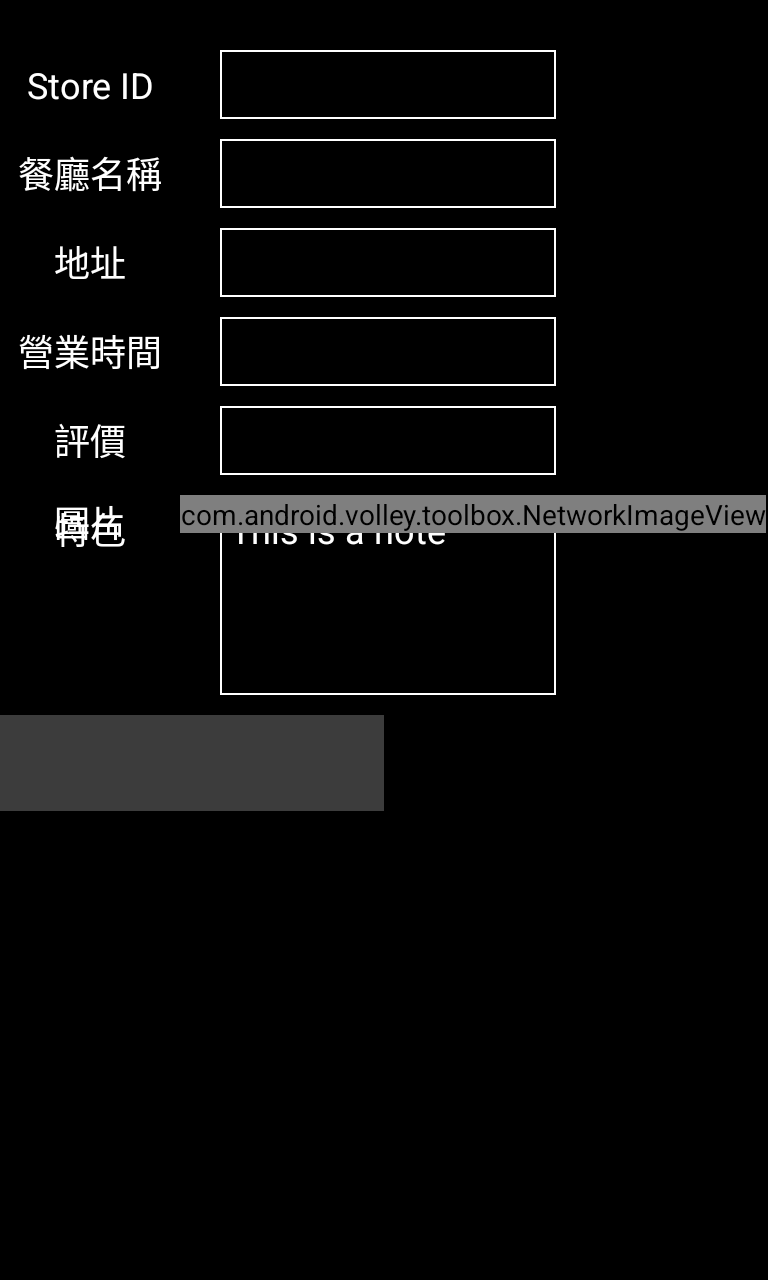
Repository: cnevinc/togather
Layout: GeorgeMe/res/layout/act_invatation.xml
The author's editor kept a copy of each file at every save. The layout is drawn from the files as they stood at one save, then again after the next save.
Pictures or frames that could not be fetched are drawn as grey boxes. It is drawn on a 768 x 1280 px phone screen (xhdpi) without system bars, with theme android:Theme.Holo; the app's code is not run.

Above is the layout before, as saved 2014-07-27 00:59:54.

After the next save:
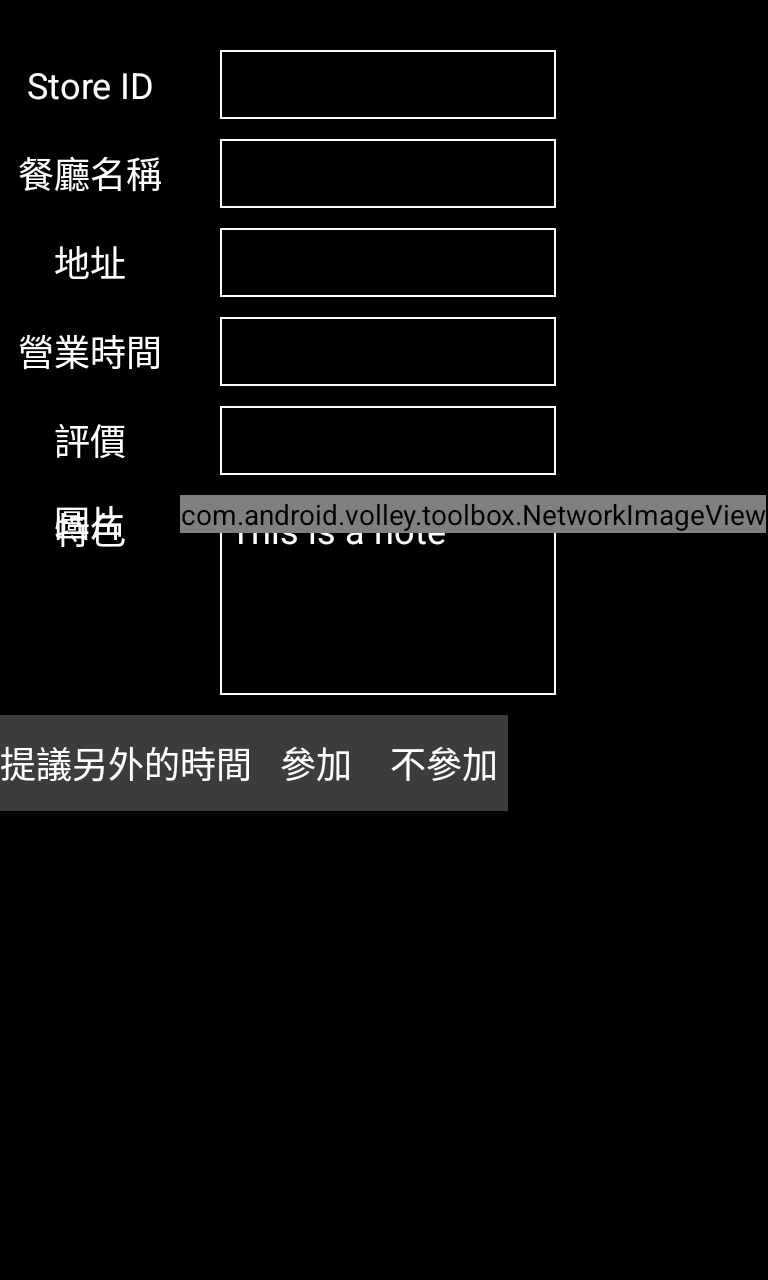
Saved 42 s later.
--- a/GeorgeMe/res/layout/act_invatation.xml
+++ b/GeorgeMe/res/layout/act_invatation.xml
@@ -225,6 +225,7 @@
                         android:layout_width="wrap_content"
                         android:layout_height="wrap_content"
                         android:background="#3c3c3c"
+                        android:text="提議另外的時間"
                         android:textAppearance="?android:attr/textAppearanceMedium"
                         android:textColor="#ffffff" />
 
@@ -233,6 +234,7 @@
                         android:layout_width="wrap_content"
                         android:layout_height="wrap_content"
                         android:background="#3c3c3c"
+                        android:text="參加"
                         android:textAppearance="?android:attr/textAppearanceMedium"
                         android:textColor="#ffffff" />
 
@@ -241,6 +243,7 @@
                         android:layout_width="wrap_content"
                         android:layout_height="wrap_content"
                         android:background="#3c3c3c"
+                        android:text="不參加"
                         android:textAppearance="?android:attr/textAppearanceMedium"
                         android:textColor="#ffffff" />
                 </LinearLayout>
